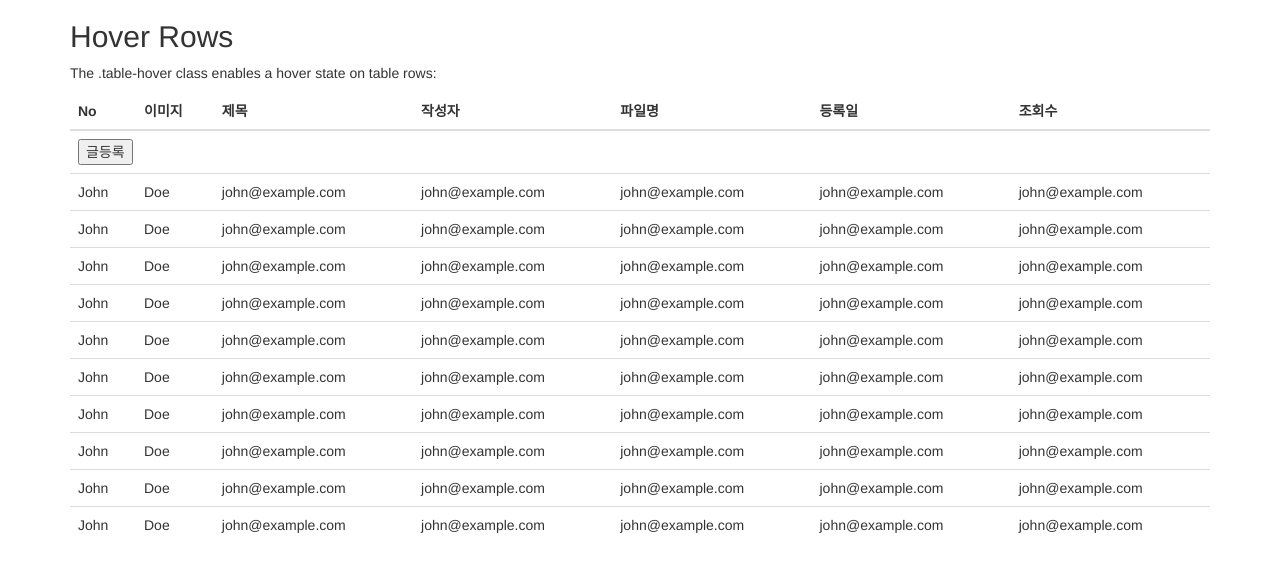
Repository: devlearncampus/gallery
Page: http://localhost/galleryapp/gallery/list.jsp
These files come from the project's save history. The page is drawn as it stood at one moment and after the next save; the edit follows.
The browser window is 1280 px wide. The pictures show the whole page.
The page is served by Tomcat 9. Other server files are loaded and not shown.

Above is the page before, as saved 2026-09-28 07:28:26.

### galleryapp/src/main/webapp/gallery/list.jsp
<%@ page contentType="text/html; charset=UTF-8"%>
<!DOCTYPE html>
<html lang="en">
<head>
<title>Bootstrap Example</title>
<meta charset="utf-8">
<meta name="viewport" content="width=device-width, initial-scale=1">
<link rel="stylesheet"
	href="https://maxcdn.bootstrapcdn.com/bootstrap/3.4.1/css/bootstrap.min.css">
<script
	src="https://ajax.googleapis.com/ajax/libs/jquery/3.7.1/jquery.min.js"></script>
<script
	src="https://maxcdn.bootstrapcdn.com/bootstrap/3.4.1/js/bootstrap.min.js"></script>
</head>
<body>

	<div class="container">
		<h2>Hover Rows</h2>
		<p>The .table-hover class enables a hover state on table rows:</p>
		<table class="table table-hover">
			<thead>
				<tr>
					<th>No</th>
					<th>이미지</th>
					<th>제목</th>
					<th>작성자</th>
					<th>파일명</th>
					<th>등록일</th>
					<th>조회수</th>
				</tr>
			</thead>
			<tbody>
				<tr>
					<td colspan="7">
						<button>글등록</button>
					</td>
				</tr>

				<%for(int i=1;i<=10;i++){%>
				<tr>
					<td>John</td>
					<td>Doe</td>
					<td>john@example.com</td>
					<td>john@example.com</td>
					<td>john@example.com</td>
					<td>john@example.com</td>
					<td>john@example.com</td>
				</tr>
				<%} %>
			</tbody>
		</table>
	</div>

</body>
</html>

After the next save:
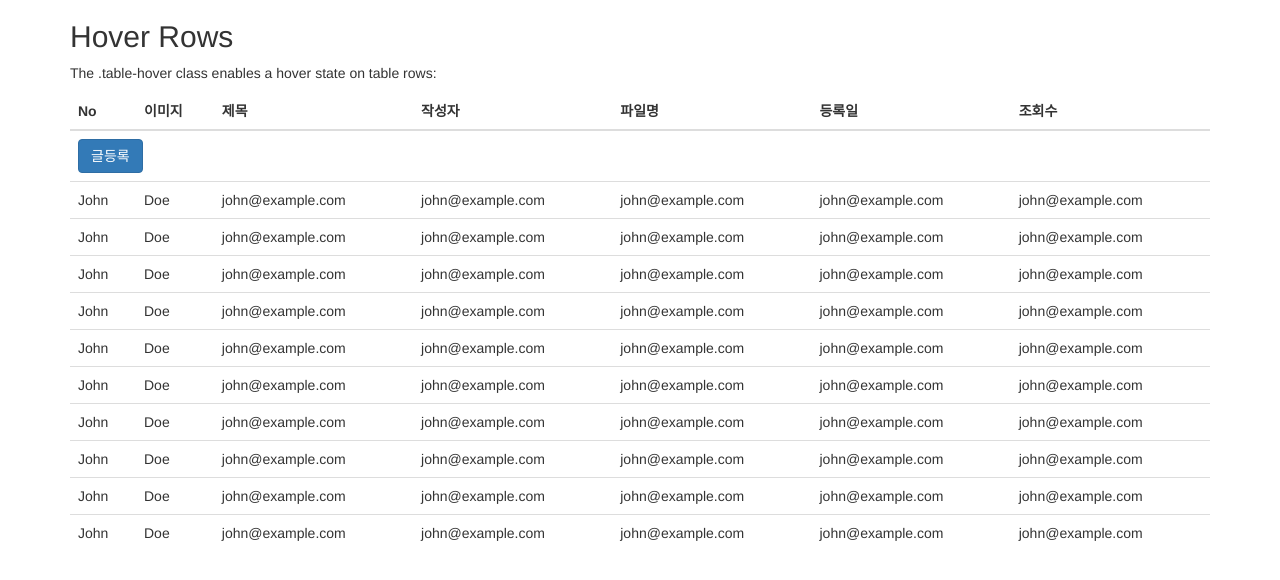
Saved 44 s later.
--- a/galleryapp/src/main/webapp/gallery/list.jsp
+++ b/galleryapp/src/main/webapp/gallery/list.jsp
@@ -32,7 +32,7 @@
 			<tbody>
 				<tr>
 					<td colspan="7">
-						<button>글등록</button>
+						<button class="btn btn-primary">글등록</button>
 					</td>
 				</tr>
 
